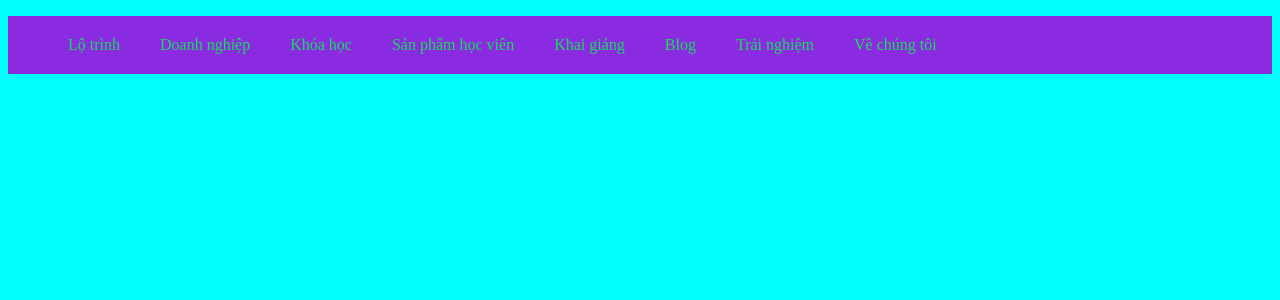
Repository: khanhnahk306/khanhnahk.github.io
Page: flexbox/html/megamenu.html
The author's editor kept a copy of each file at every save. The page is drawn from the files as they stood at one save, then again after the next save.
The browser window is 1280 px wide. The pictures show the whole page.

Above is the page before, as saved 2022-01-28 11:08:55.

### flexbox/html/megamenu.html
<!DOCTYPE html>
<html lang="en">
<head>
    <meta charset="UTF-8">
    <meta http-equiv="X-UA-Compatible" content="IE=edge">
    <meta name="viewport" content="width=device-width, initial-scale=1.0">
    <link rel="stylesheet" href="../css/megamenu.css">
    <title>Menu đa cấp</title>
</head>
<body>
    <!-- <h1>Menu đa cấp</h1> -->
        <ul class="nav">
            <li>
                <a href="#">Lộ trình</a>
                <ul class="sub-menu">
                    <li>
                        <a href="#">Fronent + ReactJs</a>
                    </li>
                    <li>
                        <a href="#">Java Springboot Fullstack</a>
                    </li>
                    <li>
                        <a href="#">Ios</a>
                    </li>
                    <li>
                        <a href="#">React Native</a>
                    </li>
                    <li>
                        <a href="#">Game</a>
                    </li>
                </ul>
            </li>
            <li>
                <a href="#">Doanh nghiệp</a>
            </li>
            <li>
                <a href="#">Khóa học</a>
                <ul class="sub-menu">
                    <li>
                        <a href="#">On lab</a>
                    </li>
                    <li>
                        <a href="#">Trực tuyến</a>
                    </li>
                </ul>
            </li>
            <li>
                <a href="#">Sản phẩm học viên</a>
            </li>
            <li>
                <a href="#">Khai giảng</a>
            </li>
            <li>
                <a href="#">Blog</a>
            </li>
            <li>
                <a href="#">Trải nghiệm</a>
            </li>
            <li>
                <a href="#">Về chúng tôi</a>
            </li>
        </ul>

</body>
</html>

### flexbox/css/megamenu.css
*{
    box-sizing: border-box;
}
body{
    background-color: aqua;
}
.nav {
    display: flex;
    list-style-type: none;
}
a{
    text-decoration: none;
    color: rgb(20, 224, 88);
}
.nav{
    background-color: blueviolet;
    justify-content: ;
}
.nav li{
    padding: 20px;
}
.sub-menu{
    display: none;
    position: absolute;
    list-style-type: none;
    background-color: blueviolet;
    top: 80px;
}
.nav li:hover .sub-menu{
    display: block;
}

After the next save:
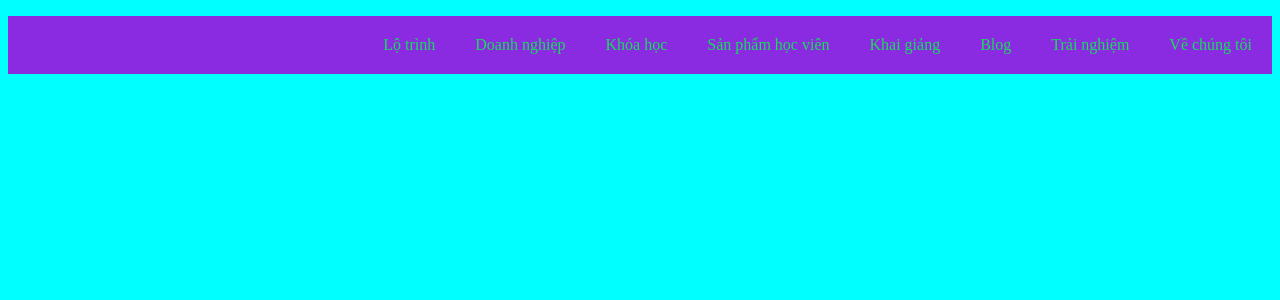
Saved 5 s later.
--- a/flexbox/css/megamenu.css
+++ b/flexbox/css/megamenu.css
@@ -14,7 +14,7 @@ a{
 }
 .nav{
     background-color: blueviolet;
-    justify-content: ;
+    justify-content: flex-end;
 }
 .nav li{
     padding: 20px;
